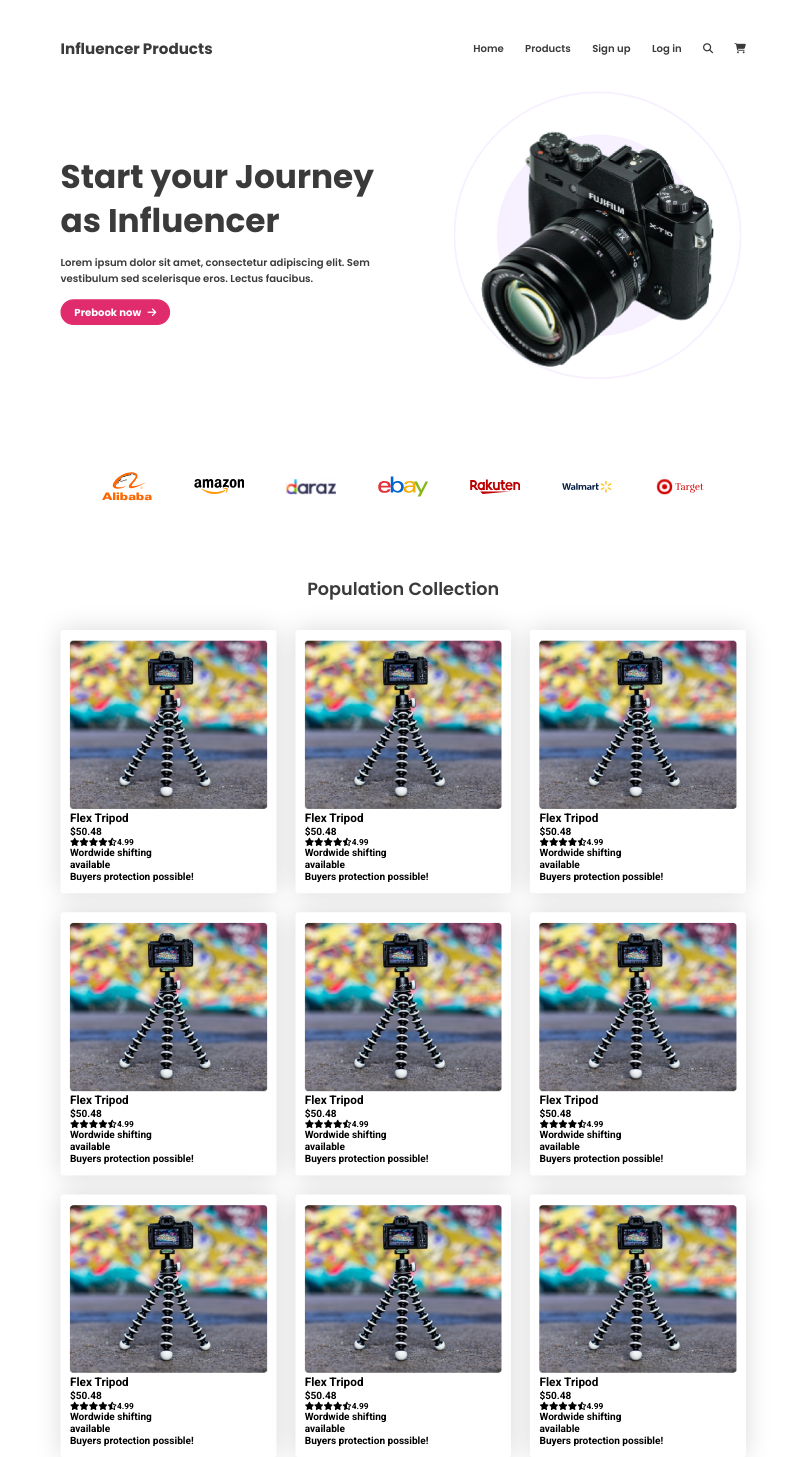
Repository: ShouravAhammed/Influencer-Gear-webpage
Page: index.html
These files come from the project's save history. The page is drawn as it stood at one moment and after the next save; the edit follows.
The browser window is 1280 px wide. The pictures show the whole page, at 63% of full size.
Some web libraries are served in a nearby version.

Above is the page before, as saved 2024-01-15 02:47:44.

### index.html
<!DOCTYPE html>
<html lang="en">
<head>
    <meta charset="UTF-8">
    <meta name="viewport" content="width=device-width, initial-scale=1.0">
    <!-- title -->
    <title>Influencer Gear</title>
    <!-- linked css -->
    <link rel="stylesheet" href="Style/style.css">
    <!-- fonts icon linked  -->
    <script src="https://kit.fontawesome.com/0d98d502eb.js" crossorigin="anonymous"></script>
</head>
<body>
    <!-- header part start-->
    <header class="header">
        <div class="container">
            <div class="navigation">
                <h3 class="nav-icon">Influencer Products</h3>
                <ul class="nav">
                    <li><a href="">Home</a></li>
                    <li><a href="">Products</a></li>
                    <li><a href="">Sign up</a></li>
                    <li><a href="">Log in</a></li>
                    <li><a href=""><i class="fa-solid fa-magnifying-glass"></i></a></li>
                    <li><a href=""><i class="fa-solid fa-cart-shopping"></i></a></li>
                </ul>
            </div>

            <!-- banner section part  -->
            <section id="banner">
                <div class="banner-content">
                    <h3 class="banner-title">Start your Journey as Influencer</h3>
                    <p class="banner-description">Lorem ipsum dolor sit amet, consectetur adipiscing elit. Sem vestibulum sed scelerisque eros. Lectus faucibus.</p>
                    <button class="primary-btn">Prebook now<i class="fa-solid fa-arrow-right right-arrow"></i></button>
                </div>
                <div class="banner-img">
                        <img src="images/main-camera.png" alt="camera-img">
                </div>
            </section>
            <!-- company section part -->
            <section id="company">
                <div class="company-img">
                    <img src="logos/Alibaba.svg" alt="company-img">
                    <img src="logos/Amazon.svg" alt="company-img">
                    <img src="logos/Daraz.pk Logo.svg" alt="company-img">
                    <img src="logos/Ebay.svg" alt="company-img">
                    <img src="logos/Rakuten.svg" alt="company-img">
                    <img src="logos/Walmart.svg" alt="company-img">
                    <img src="logos/Target.svg" alt="company-img">
                </div>
            </section>
        </div>
    </header>
    <!-- header part end -->
    <!-- main part start -->
    <main>
    <section id="population">
        <div class="container">
            <div class="collection-container">
                <h3 class="collection-title">Population Collection</h3>
                <div class="card-content-box">
                    <div class="card-content">
                        <img src="images/tripod.png" alt="">
                        <h3 class="card-title">Flex Tripod</h3>
                        <h4 class="card-price">$50.48</h4>
                        <h5 class="card-rating"><i class="fa-solid fa-star"></i><i class="fa-solid fa-star"></i><i class="fa-solid fa-star"></i><i class="fa-solid fa-star"></i><i class="fa-solid fa-star-half-stroke"></i>4.99</h5>
                        <p class="card-description">Wordwide shifting <br> available <br>
                            Buyers protection possible!</p>
                    </div>
                    <div class="card-content">
                        <img src="images/tripod.png" alt="">
                        <h3 class="card-title">Flex Tripod</h3>
                        <h4 class="card-price">$50.48</h4>
                        <h5 class="card-rating"><i class="fa-solid fa-star"></i><i class="fa-solid fa-star"></i><i class="fa-solid fa-star"></i><i class="fa-solid fa-star"></i><i class="fa-solid fa-star-half-stroke"></i>4.99</h5>
                        <p class="card-description">Wordwide shifting <br> available <br>
                            Buyers protection possible!</p>
                    </div>
                    <div class="card-content">
                        <img src="images/tripod.png" alt="">
                        <h3 class="card-title">Flex Tripod</h3>
                        <h4 class="card-price">$50.48</h4>
                        <h5 class="card-rating"><i class="fa-solid fa-star"></i><i class="fa-solid fa-star"></i><i class="fa-solid fa-star"></i><i class="fa-solid fa-star"></i><i class="fa-solid fa-star-half-stroke"></i>4.99</h5>
                        <p class="card-description">Wordwide shifting <br> available <br>
                            Buyers protection possible!</p>
                    </div>
                    <div class="card-content">
                        <img src="images/tripod.png" alt="">
                        <h3 class="card-title">Flex Tripod</h3>
                        <h4 class="card-price">$50.48</h4>
                        <h5 class="card-rating"><i class="fa-solid fa-star"></i><i class="fa-solid fa-star"></i><i class="fa-solid fa-star"></i><i class="fa-solid fa-star"></i><i class="fa-solid fa-star-half-stroke"></i>4.99</h5>
                        <p class="card-description">Wordwide shifting <br> available <br>
                            Buyers protection possible!</p>
                    </div>
                    <div class="card-content">
                        <img src="images/tripod.png" alt="">
                        <h3 class="card-title">Flex Tripod</h3>
                        <h4 class="card-price">$50.48</h4>
                        <h5 class="card-rating"><i class="fa-solid fa-star"></i><i class="fa-solid fa-star"></i><i class="fa-solid fa-star"></i><i class="fa-solid fa-star"></i><i class="fa-solid fa-star-half-stroke"></i>4.99</h5>
                        <p class="card-description">Wordwide shifting <br> available <br>
                            Buyers protection possible!</p>
                    </div>
                    <div class="card-content">
                        <img src="images/tripod.png" alt="">
                        <h3 class="card-title">Flex Tripod</h3>
                        <h4 class="card-price">$50.48</h4>
                        <h5 class="card-rating"><i class="fa-solid fa-star"></i><i class="fa-solid fa-star"></i><i class="fa-solid fa-star"></i><i class="fa-solid fa-star"></i><i class="fa-solid fa-star-half-stroke"></i>4.99</h5>
                        <p class="card-description">Wordwide shifting <br> available <br>
                            Buyers protection possible!</p>
                    </div>
                    <div class="card-content">
                        <img src="images/tripod.png" alt="">
                        <h3 class="card-title">Flex Tripod</h3>
                        <h4 class="card-price">$50.48</h4>
                        <h5 class="card-rating"><i class="fa-solid fa-star"></i><i class="fa-solid fa-star"></i><i class="fa-solid fa-star"></i><i class="fa-solid fa-star"></i><i class="fa-solid fa-star-half-stroke"></i>4.99</h5>
                        <p class="card-description">Wordwide shifting <br> available <br>
                            Buyers protection possible!</p>
                    </div>
                    <div class="card-content">
                        <img src="images/tripod.png" alt="">
                        <h3 class="card-title">Flex Tripod</h3>
                        <h4 class="card-price">$50.48</h4>
                        <h5 class="card-rating"><i class="fa-solid fa-star"></i><i class="fa-solid fa-star"></i><i class="fa-solid fa-star"></i><i class="fa-solid fa-star"></i><i class="fa-solid fa-star-half-stroke"></i>4.99</h5>
                        <p class="card-description">Wordwide shifting <br> available <br>
                            Buyers protection possible!</p>
                    </div>
                    <div class="card-content">
                        <img src="images/tripod.png" alt="">
                        <h3 class="card-title">Flex Tripod</h3>
                        <h4 class="card-price">$50.48</h4>
                        <h5 class="card-rating"><i class="fa-solid fa-star"></i><i class="fa-solid fa-star"></i><i class="fa-solid fa-star"></i><i class="fa-solid fa-star"></i><i class="fa-solid fa-star-half-stroke"></i>4.99</h5>
                        <p class="card-description">Wordwide shifting <br> available <br>
                            Buyers protection possible!</p>
                    </div>
                </div>
            </div>
        </div>
    </section>
    </main>
    <!-- main part end -->
    <!-- footer part start-->
    <footer>

    </footer>
    <!-- footer part end -->
</body>
</html>

### Style/style.css
/*  Import fonts from google fonts */
@import url('https://fonts.googleapis.com/css2?family=Inter:wght@400;700&family=Manrope:wght@700&family=Poppins:ital,wght@0,300;0,400;0,500;0,600;0,700;0,800;0,900;1,200;1,300;1,400;1,500;1,600;1,700;1,800;1,900&family=Roboto:wght@700&display=swap');

/* all body measuring manually */
*{
    margin: 0;
    padding: 0;
    outline: 0;
    box-sizing: border-box;
}
body{
    font-family: 'Inter', sans-serif;
    font-family: 'Manrope', sans-serif;
    font-family: 'Poppins', sans-serif;
    font-family: 'Roboto', sans-serif;
}

/* root color and fonts */
:root{
    --primary-color:#E02C6D;
    --color: #3A3A3A;
    --card-title-color: #18191F;
    --card-price-Color: rgba(0, 0, 0, 0.87);
    --card-description-color: #787885;
}
/* container */
.container{
    width: 85%;
    margin: 0 auto;
}
/* primary button */
.primary-btn{
    color: #FFF;
    background-color: var(--primary-color);
    font-family: Poppins;
    font-size: 1rem;
    font-weight: 700;
    padding: 6px 20px;
    border: 2px solid var(--primary-color);
    border-radius: 41px;
    margin-top: 20px;
}
.right-arrow{
    padding-left: 10px;
}
/* header part css style */
.header{
    margin: 60px 0 100px 0;
}
/* navigation part css style */
.navigation{
    display: flex;
    justify-content: space-between;
    align-items: center;
    margin-bottom: 50px;
}
.nav-icon{
    color: var(--color);
    font-feature-settings: 'clig' off, 'liga' off;
    font-family: Poppins;
    font-size: 1.5rem;
    font-weight: 700;
}
.navigation > .nav{
    display: flex;
    gap: 34px;
}
.nav li{
    list-style: none;
}
.nav li a{
    color: #3A3A3A;
    font-feature-settings: 'clig' off, 'liga' off;
    font-family: Poppins;
    font-size: 1rem;
    font-weight: 600;
    text-decoration: none;
}
/* banner section css style */

#banner{
    display: flex;
    gap: 80px;
}
.banner-content{
    margin-top: 100px;
    width: 50%;
}
.banner-title{
    color: var(--color);
    font-family: Poppins;
    font-size: 52px;
    font-weight: 700;
    line-height: 70px;
    padding-bottom: 20px;
}
.banner-description{
    color: var(--color);
    font-family: Poppins;
    font-size: 1rem;
    font-weight: 600;
}
.banner-img{
    background-image: url(../images/Circle\ design.svg);
    height: 600px;
    width: 42%;
    background-position: top right;
    background-repeat: no-repeat;
    background-size: contain;
}
.banner-img img {
    position: relative;
    width: 444px;
    left: 13px;
    top: 40px;
}
/* company section css style */
.company-img{
    display: flex;
    justify-content: space-evenly;
    align-items: center;
}
.company-img img{
    width: 80px;
    height: 55px;
    transition: all ease 0.5s;
}
.company-img img:hover{
    filter: grayscale(1);
    transform: scale(1.5);
}

/* population collection section css style */
#population{

}
.collection-container .collection-title{
    color: var(--color);
    font-family: Poppins;
    font-size: 28px;
    font-weight: 600;
    line-height: 70px;
    text-align: center;
    margin-bottom: 30px;
}
.card-content-box{
    display: grid;
    grid-template-columns: repeat(3, 1fr);
    gap: 30px;
}
.card-content{
    border-radius: 5px;
    background: #FFF;
    box-shadow: 0px 0px 40px 0px rgba(0, 0, 0, 0.15);
    padding: 17px 15px;
}
.card-content img{
    width: 100%;
}











@media only screen and (max-width: 576px){

    .navigation{
        flex-direction: column;
    }
    #banner{
        flex-direction: column-reverse;
        gap: 20px;
    }
    .banner-content{
        width: 100%;
        text-align: center;
        margin-top: 0;
    }
    .banner-title{
        font-size: 2rem;
        line-height: normal;
    }
    .banner-img {
        height: 100%;
        width: 100%;
        background-position: center;
    }
    .banner-img img {
        width: 100%;
        left: 13px;
        top: 5px;
    }



    #company{
        margin-top: 50px;
    }
    .company-img {
        gap: 10px;
        flex-wrap: wrap;
    }
    .company-img img{
        width: 20%
    }

}

After the next save:
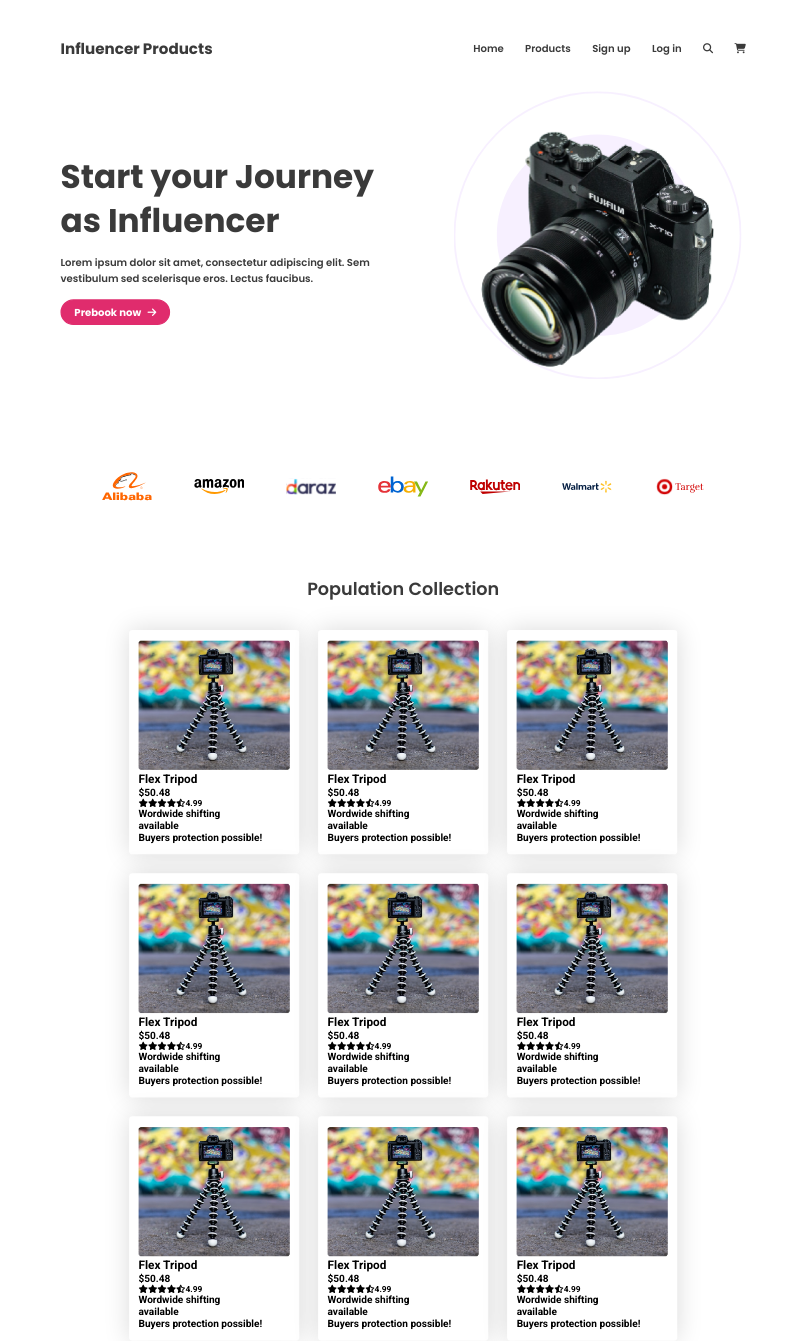
Saved 77 s later.
--- a/Style/style.css
+++ b/Style/style.css
@@ -147,6 +147,8 @@
     display: grid;
     grid-template-columns: repeat(3, 1fr);
     gap: 30px;
+    width: 80%;
+    margin: 0 auto;
 }
 .card-content{
     border-radius: 5px;
